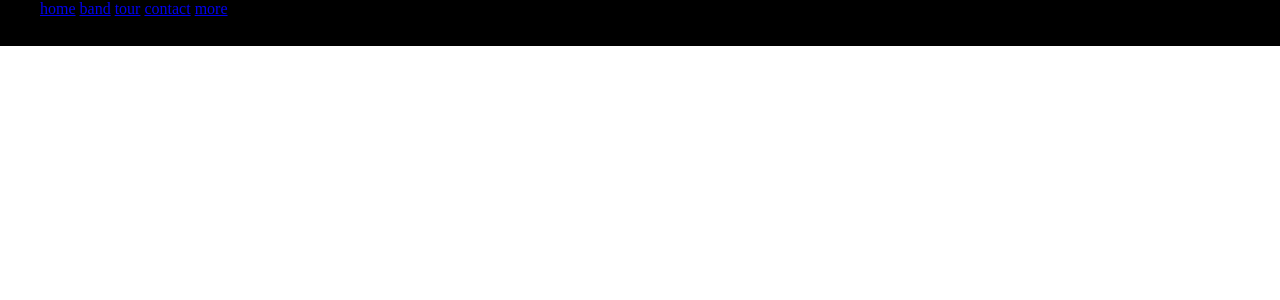
Repository: tatvanhco/web-dau-tay
Page: index.html
These files come from the project's save history. The page is drawn as it stood at one moment and after the next save; the edit follows.
The browser window is 1280 px wide. The pictures show the whole page.

Above is the page before, as saved 2022-01-23 15:48:51.

### index.html
<!DOCTYPE html>
<html lang="en">
<head>
    <meta charset="UTF-8">
    <!-- <meta http-equiv="X-UA-Compatible" content="IE=edge"> -->
    <meta name="viewport" content="width=device-width, initial-scale=1.0">
    <title>the band</title>
    <link rel="shortcut icon" href="./assets/img/band/logo.png" type="image/x-icon">
    <link rel="stylesheet" href="./assets/css/main.css">
    <link rel="stylesheet" href="./assets/css/responsive.css">
</head>
<body>
    <div id="header">
        <ul class="menu">
            <li><a href="#">home</a></li>
            <li><a href="#">band</a></li>
            <li><a href="#">tour</a></li>
            <li><a href="#">contact</a></li>
            <li><a href="#">more</a></li>
        </ul>
    </div>
    <div id="content">

    </div>
    <div id="footer">

    </div>
</body>
</html>

### assets/css/main.css
html, body {
    margin: 0;
    padding: 0;
    box-sizing: border-box;
}

#header {
    width: 100%;
    height: 46px;
    background-color: #000;
}

#header .menu {
    margin: 0;
    color: #fff;
}

#header .menu li {
    display: inline-block;
}

Loaded but not shown: assets/css/responsive.css (no copy from this time; the picture is the same without it)

After the next save:
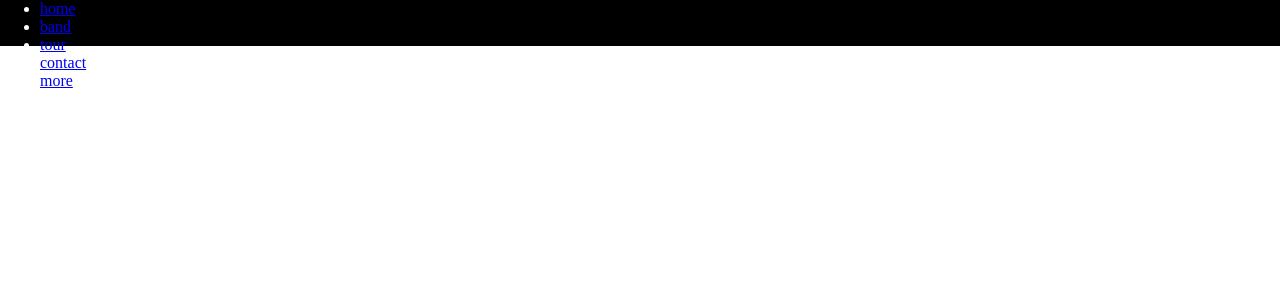
Saved 26 s later.
--- a/assets/css/main.css
+++ b/assets/css/main.css
@@ -15,6 +15,6 @@ html, body {
     color: #fff;
 }
 
-#header .menu li {
+#header .menu li a{
     display: inline-block;
 }

After the save that followed:
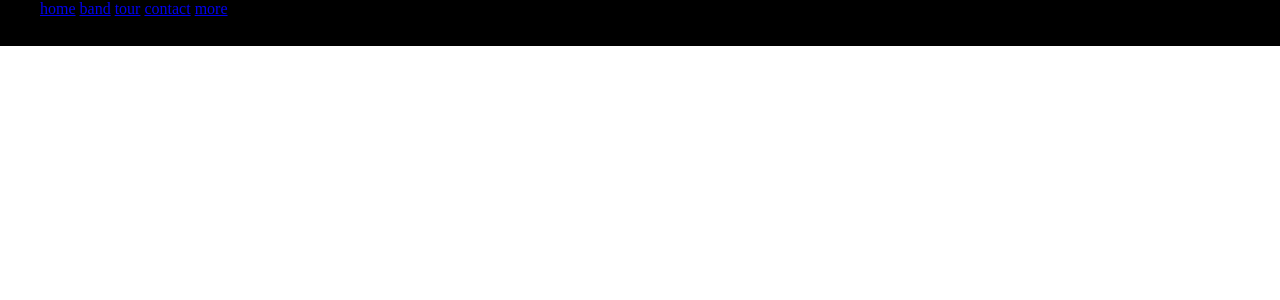
Saved 24 s later.
--- a/assets/css/main.css
+++ b/assets/css/main.css
@@ -15,6 +15,7 @@ html, body {
     color: #fff;
 }
 
-#header .menu li a{
+#header .menu li {
     display: inline-block;
+    list-style-type: none;
 }
